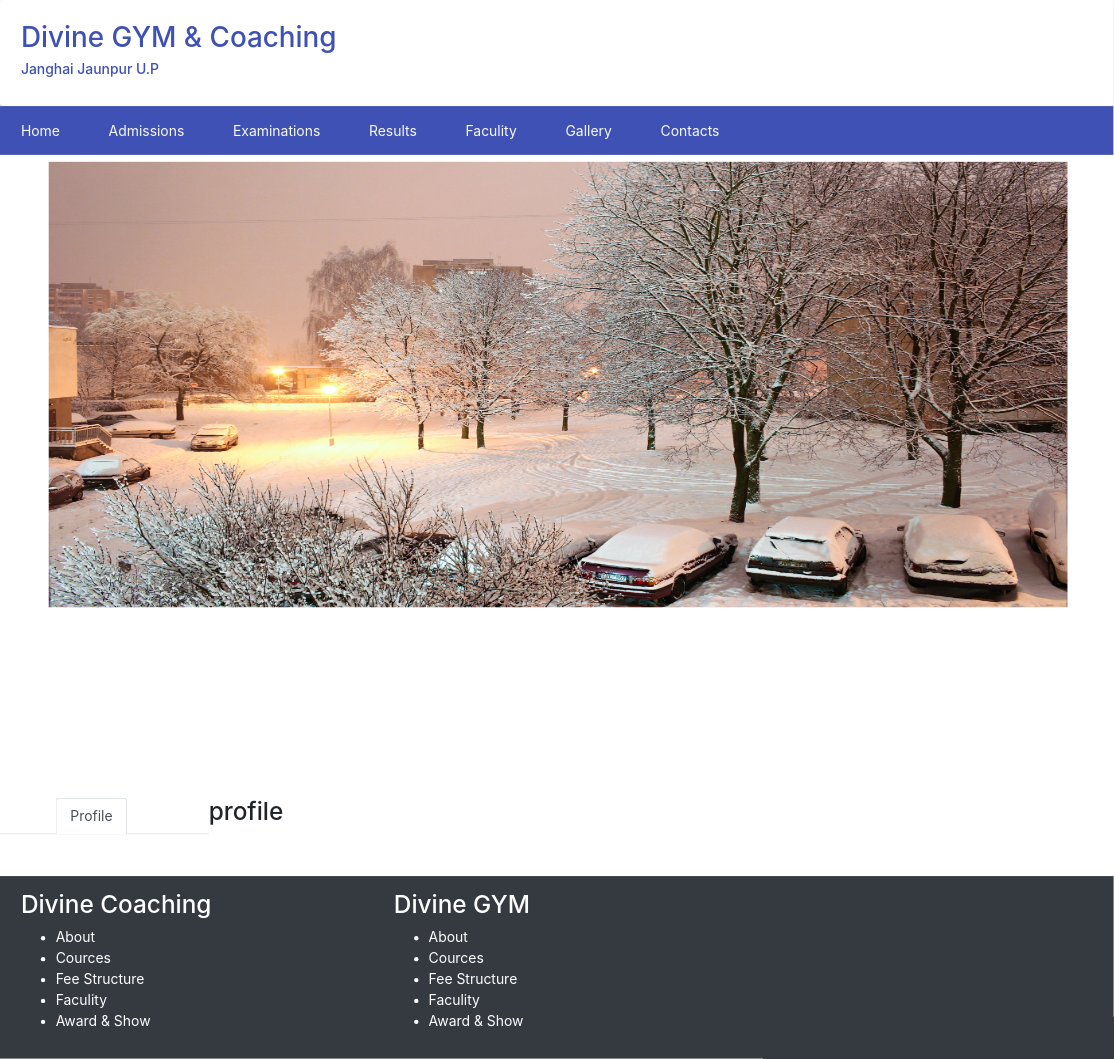
Repository: lalji-yadav/vikash-Coaching-frontend
Page: /gallery
An editor plug-in stored every save of this project. The page is shown before and after the next save, followed by the edit.
The browser window is 1280 px wide. The pictures show the whole page, at 87% of full size.
The project was rebuilt for these pictures with package versions that can differ from the ones it lists, and the page was loaded fresh each time. Also part of the build but not shown: src/index.css, src/home/home.js, src/component/admission/admission.js, src/component/examination/examination.js, src/component/results/result.js, src/component/faculity/faculity.js.

Above is the page before, as saved 2021-04-11 13:08:36.

### public/index.html
<!DOCTYPE html>
<html lang="en">
  <head>
    <meta charset="utf-8" />
    <link rel="icon" href="%PUBLIC_URL%/favicon.ico" />
    <meta name="viewport" content="width=device-width, initial-scale=1" />
    <meta name="theme-color" content="#000000" />
    <meta
      name="description"
      content="Web site created using create-react-app"
    />


    <link rel="preconnect" href="https://fonts.gstatic.com">
    <link href="https://fonts.googleapis.com/css2?family=Open+Sans:wght@400;700&display=swap" rel="stylesheet">

    <link rel="apple-touch-icon" href="%PUBLIC_URL%/logo192.png" />
    <!--
      manifest.json provides metadata used when your web app is installed on a
      user's mobile device or desktop. See https://developers.google.com/web/fundamentals/web-app-manifest/
    -->
    <link rel="manifest" href="%PUBLIC_URL%/manifest.json" />


    <link rel="preconnect" href="https://fonts.gstatic.com">
<link href="https://fonts.googleapis.com/css2?family=Open+Sans&display=swap" rel="stylesheet">
    <!--
      Notice the use of %PUBLIC_URL% in the tags above.
      It will be replaced with the URL of the `public` folder during the build.
      Only files inside the `public` folder can be referenced from the HTML.

      Unlike "/favicon.ico" or "favicon.ico", "%PUBLIC_URL%/favicon.ico" will
      work correctly both with client-side routing and a non-root public URL.
      Learn how to configure a non-root public URL by running `npm run build`.
    -->
    <title>React App</title>
  </head>
  <body>
    <noscript>You need to enable JavaScript to run this app.</noscript>
    <div id="root"></div>
    <!--
      This HTML file is a template.
      If you open it directly in the browser, you will see an empty page.

      You can add webfonts, meta tags, or analytics to this file.
      The build step will place the bundled scripts into the <body> tag.

      To begin the development, run `npm start` or `yarn start`.
      To create a production bundle, use `npm run build` or `yarn build`.
    -->
  </body>
</html>

### src/App.js
import React from 'react';
import Header from "../src/header/header"
import { BrowserRouter } from 'react-router-dom';
import Footer from '../src/footer/footer'


function App() {
  return (
    <div style={{overflowX:"hidden"}}>

      <BrowserRouter>
          <Header />
      </BrowserRouter>


      {/* <Routers /> */}


      <Footer />

    </div>
  );
}

export default App;

### src/header/header.js
import React, { Component } from 'react';
import   "./headers.css"
import {Navbar, Nav } from 'react-bootstrap';
import { Card } from '@material-ui/core';
import { Link } from "react-router-dom";
import Routers from "../router/router"

class header extends Component {
    render() {
        return (
            <div>
                <Card className="py-4 pl-4">
                    <h2 style={{color:"#3f51b5"}}>Divine GYM & Coaching </h2>
                    <h6 style={{color:"#3f51b5"}}>Janghai Jaunpur U.P</h6>
                </Card>

                <Navbar style={{backgroundColor:"#3f51b5"}} variant="light" expand="lg">
                    <Navbar.Toggle aria-controls="basic-navbar-nav" />
                    <Navbar.Collapse id="basic-navbar-nav">
                    <Nav className="text-light">
                        <Nav.Link className="text-light pr-5" as={Link} to="/home">Home</Nav.Link>
                        <Nav.Link className="text-light pr-5" as={Link} to="/admission">Admissions</Nav.Link>
                        <Nav.Link className="text-light pr-5" as={Link} to="/examination">Examinations</Nav.Link>
                        <Nav.Link className="text-light pr-5" as={Link} to="/results">Results</Nav.Link>
                        <Nav.Link className="text-light pr-5" as={Link} to="/faculity">Faculity</Nav.Link>
                        <Nav.Link className="text-light pr-5" as={Link} to="/gallery">Gallery</Nav.Link>
                        <Nav.Link className="text-light pr-5" as={Link} to="/service">Contacts</Nav.Link>

                    </Nav>
                    </Navbar.Collapse>
                </Navbar>

                <Routers> </Routers>

            </div>
        );
    }
}

export default header;

### src/footer/footer.js
import React, { Component } from 'react';
// import { Card } from 'react-bootstrap';

class footer extends Component {
    render() {
        return (
              <div className="row bg-dark text-white mt-5 py-3 pl-4">

                  <div className="col-sm-4">
                  <h3> Divine Coaching </h3>
                  <ul>
                         <li> About </li>
                         <li> Cources </li>
                         <li> Fee Structure </li>
                         <li> Faculity </li>
                         <li> Award & Show </li>
                     </ul>
                  </div>

                  <div className="col-sm-4">
                  <h3> Divine GYM </h3>
                  <ul>
                         <li> About </li>
                         <li> Cources </li>
                         <li> Fee Structure </li>
                         <li> Faculity </li>
                         <li> Award & Show </li>
                     </ul>
                  </div>
              </div>
        );
    }
}

export default footer;

### src/header/headers.css
.header {
    color: black;
    font-size: 2vw;
    padding: 25px 10px 25px 10px;
    background-color: rgb(150, 153, 150);
}
.nav.navbar-nav.navbar-right li a {
    color: blue;
}
.nav-link {
    color: white;
  }
#nav-link {
   color: white;
}
a:hover {
    color: wheat;
}
@media (min-width: 992px) {
.navbar-expand-lg .navbar-nav .nav-link {
    padding-right: 5.5rem;
    padding-left: 5.5rem;
}
}

### src/router/router.js
import React, { Component } from 'react';
import {
    Switch,
    Route
  } from "react-router-dom";
  import Home from '../home/home'
  import Admission from "../component/admission/admission"
  import Examination from "../component/examination/examination"
  import Result from "../component/results/result"
  import Faculity from "../component/faculity/faculity"
import Gallery from '../component/gallery/gallery';

class router extends Component {
    render() {
        return (
            <div>
                   <Switch>
                    <Route exact path="/" component={Home} />
                    <Route exact path="/home" component={Home} />
                    <Route exact path="/admission" component={Admission} />
                    <Route exact path="/examination" component={Examination} />
                    <Route exact path="/results" component={Result} />
                    <Route exact path="/faculity" component={Faculity} />
                    <Route exact path="/gallery" component={Gallery} />
                    </Switch>

            </div>
        );
    }
}

export default router;

### src/component/gallery/gallery.js
// import { Height } from '@material-ui/icons';
import React, { Component } from "react";
// import {AppBTabs, Tab} from '@material-ui/core';
import {Tab, Tabs} from 'react-bootstrap'

class gallery extends Component {
  render() {
    return (
      <div>
        <div className="row">
          <div className="col-sm-11 mt-2" style={{ marginLeft: "4.3%" }}>
            <img
              style={{ width: "100%", height: "70%" }}
              src={
                process.env.PUBLIC_URL +
                "/image/gallery/Admin/0 (22) - Copy.jpg"
              }
              alt=""
            />
          </div>
          <div className="col-md-5"></div>
        </div>

        <div className="row">
          <Tabs defaultActiveKey="profile" id="uncontrolled-tab-example">
            <Tab eventKey="home" title="Home">
              <h3>hiii </h3>
            </Tab>
            <Tab eventKey="profile" title="Profile">
              <h3>profile </h3>
            </Tab>
            <Tab eventKey="contact" title="Contact" >
              <h3>vghtrh </h3>
            </Tab>
          </Tabs>


        </div>
      </div>
    );
  }
}

export default gallery;

Loaded but not shown: src/index.js (common file); src/serviceWorker.js (common file)

After the next save:
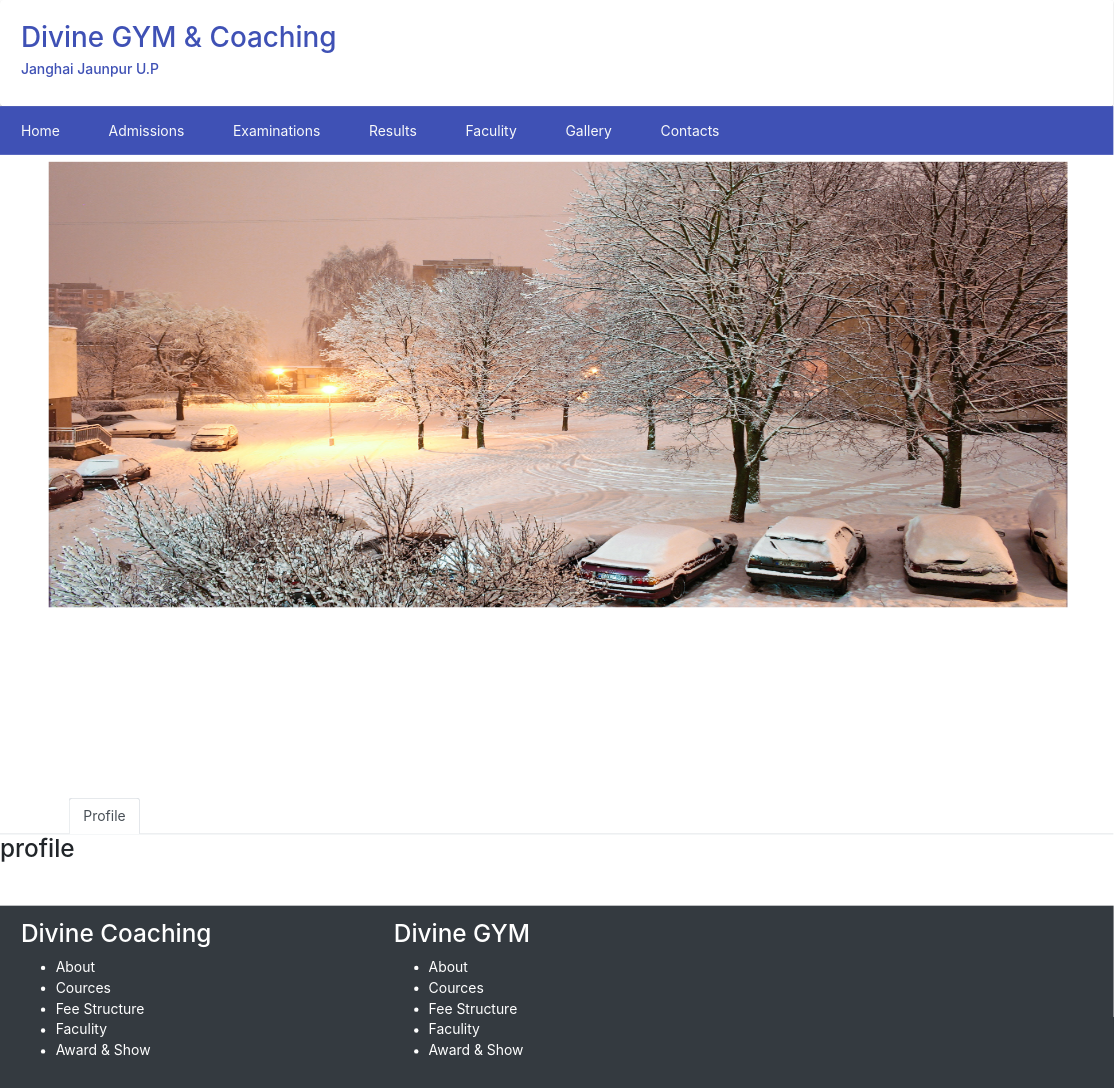
Saved 40 s later.
--- a/src/component/gallery/gallery.js
+++ b/src/component/gallery/gallery.js
@@ -21,7 +21,7 @@ class gallery extends Component {
           <div className="col-md-5"></div>
         </div>
 
-        <div className="row">
+        <div className="rowf">
           <Tabs defaultActiveKey="profile" id="uncontrolled-tab-example">
             <Tab eventKey="home" title="Home">
               <h3>hiii </h3>
